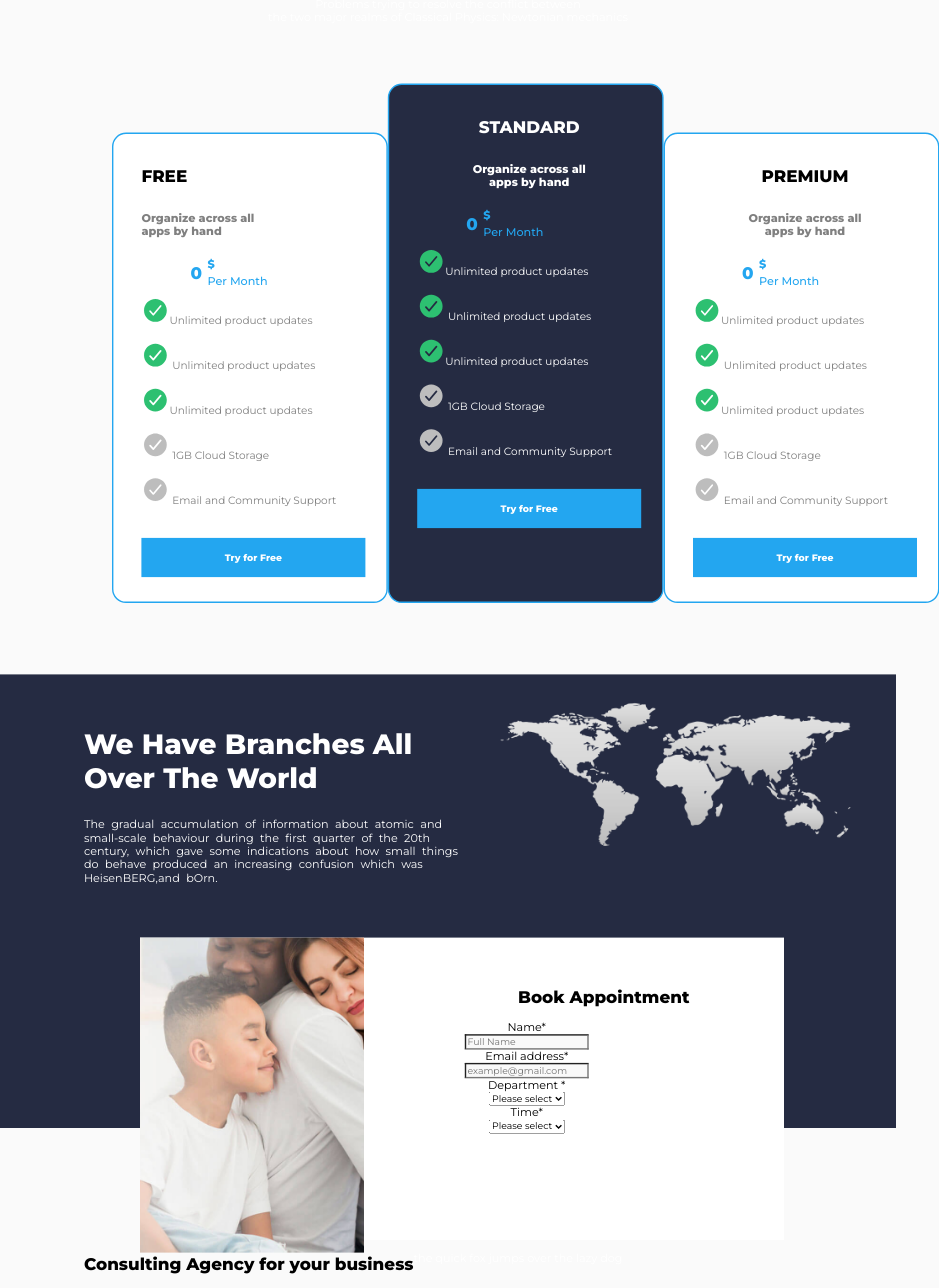
Repository: NANCY-HUB329/week-challenge
Page: index.html
The author's editor kept a copy of each file at every save. The page is drawn from the files as they stood at one save, then again after the next save.
The browser window is 1280 px wide. The page is 1342 px wide, so the pictures cover 1342 px, including what lies to the right of the window. The pictures show the part of the page from y = 2279 to 4119 px (the page is 4119 px tall), at 70% of full size.

Above is the page before, as saved 2023-11-24 08:18:00.

After the next save:
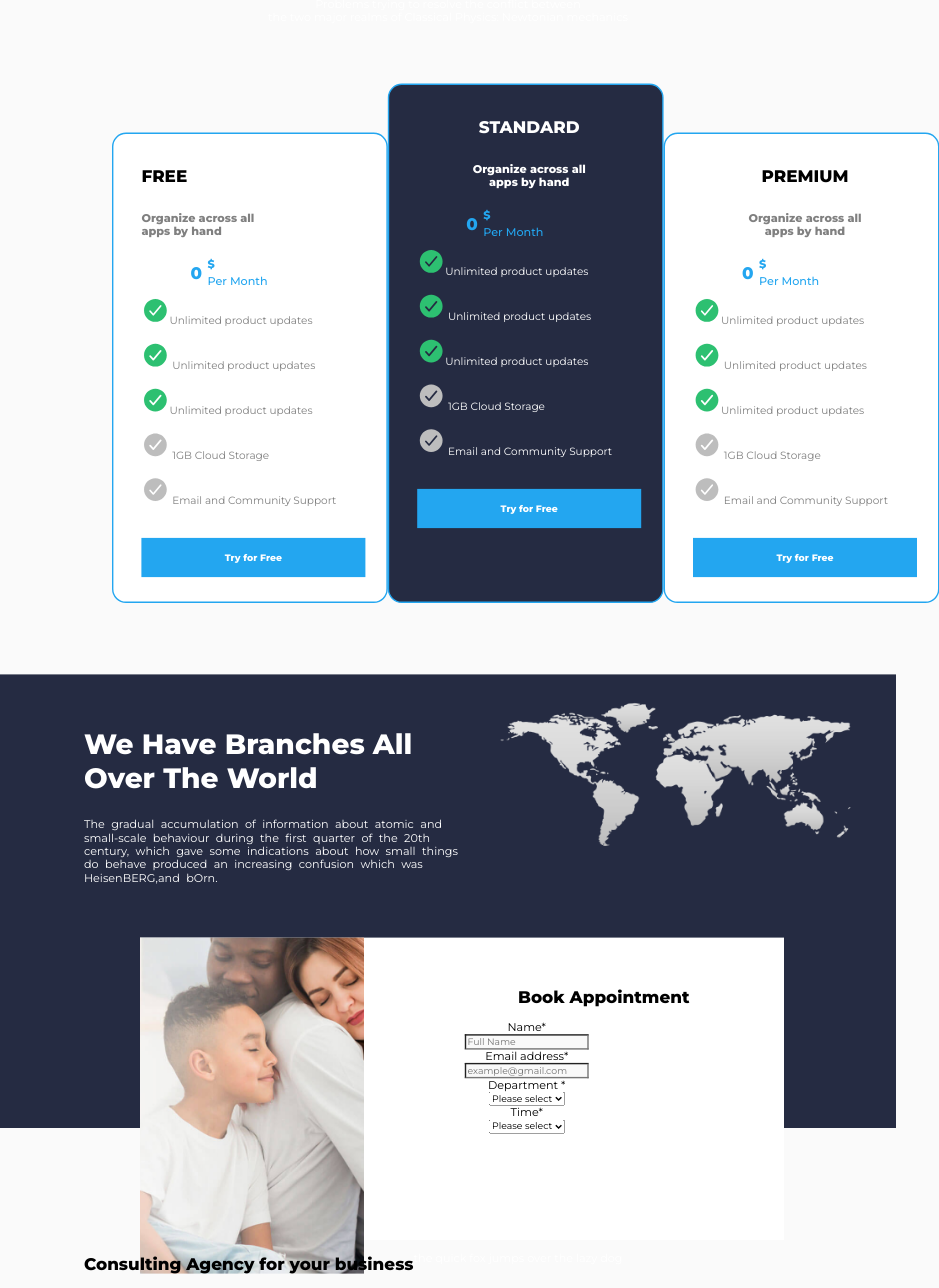
Saved 17 s later.
--- a/styles.css
+++ b/styles.css
@@ -474,7 +474,7 @@
 }
 .contact-form img {
   width: 320px;
-  height: 450px;
+  height: 480px;
   object-fit: cover;
 }
 .contact-form h2 {
